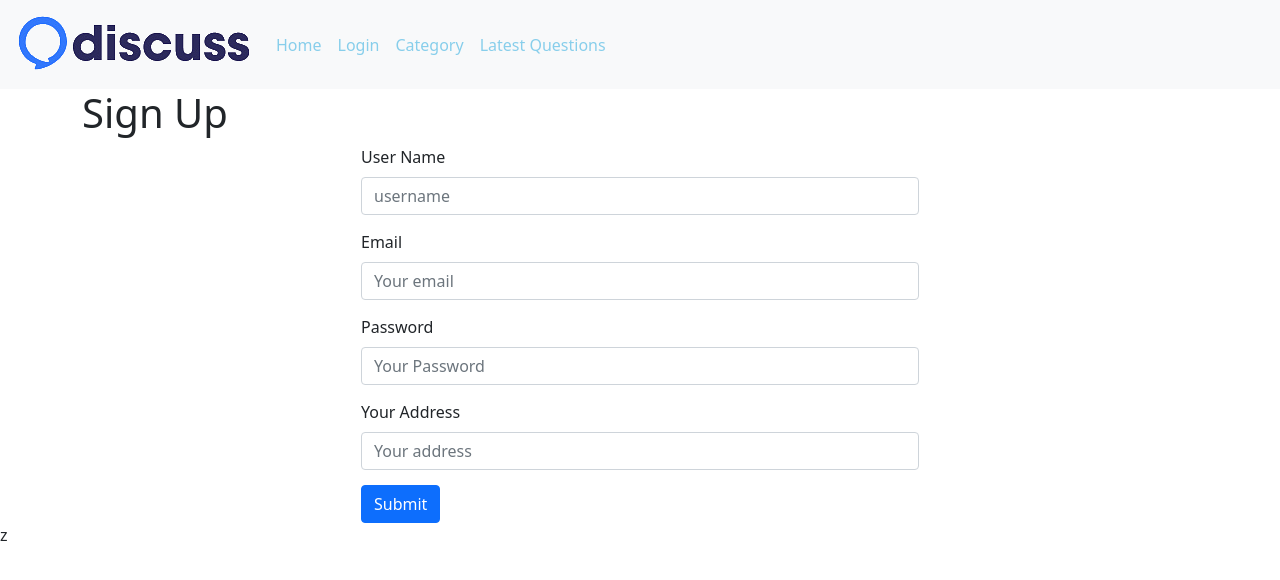
Repository: zeeShanizeeshan/php-project
Page: http://localhost/?signup=true
These files come from the project's save history. The page is drawn as it stood at one moment and after the next save; the edit follows.
The browser window is 1280 px wide. The pictures show the whole page.
The page is run by PHP 8.4 with error messages shown; the project is at /var/www/html/.

Above is the page before, as saved 2025-12-02 16:43:51.

After the next save:
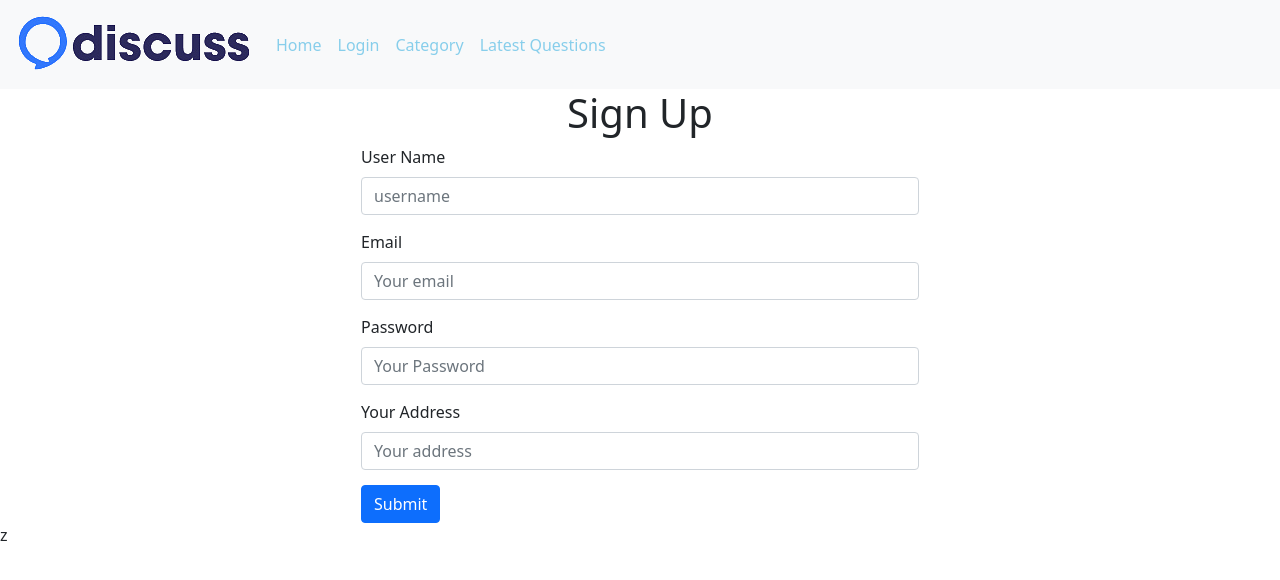
Saved 16 s later.
--- a/client/signup.php
+++ b/client/signup.php
@@ -1,5 +1,5 @@
 <div class="container">
-    <h1>Sign Up</h1>
+    <h1 class="heading">Sign Up</h1>
     <form>
 
         <div class="col-6 offset-sm-3 margin-bottom ">
